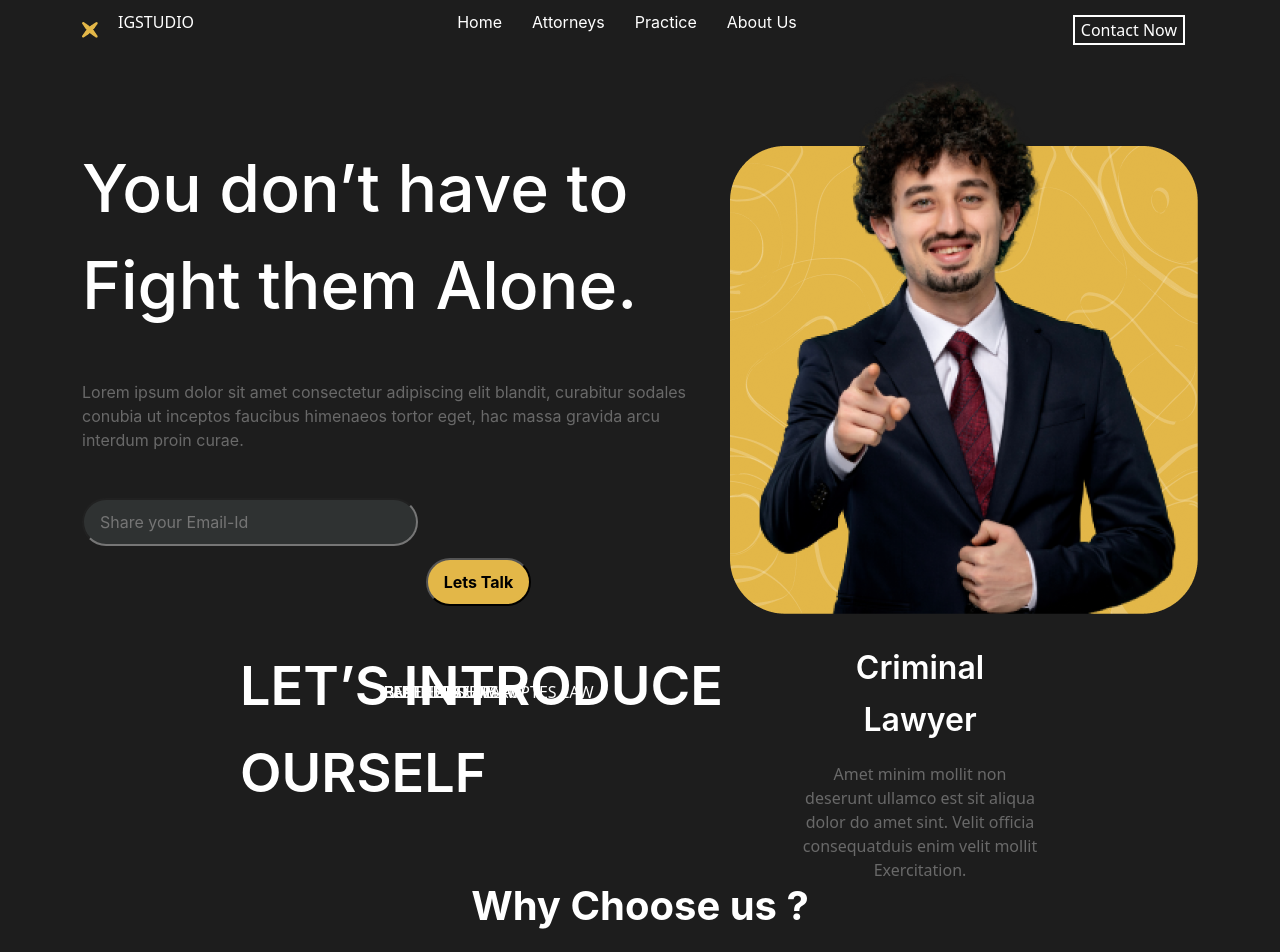
Repository: Senthil-Bala/LawFirm
Page: /
The author's editor kept a copy of each file at every save. The page is drawn from the files as they stood at one save, then again after the next save.
The browser window is 1280 px wide. The pictures show the part of the page from y = 0 to 952 px (the page is 4053 px tall before and 4035 px after).
The project was rebuilt for these pictures with package versions that can differ from the ones it lists, and the page was loaded fresh each time. Also part of the build but not shown: src/App.css, src/Components/Frequents/Accordionss.css, src/Components/Frequents/Accordionss.jsx.

Above is the page before, as saved 2023-11-29 19:13:22.

After the next save:
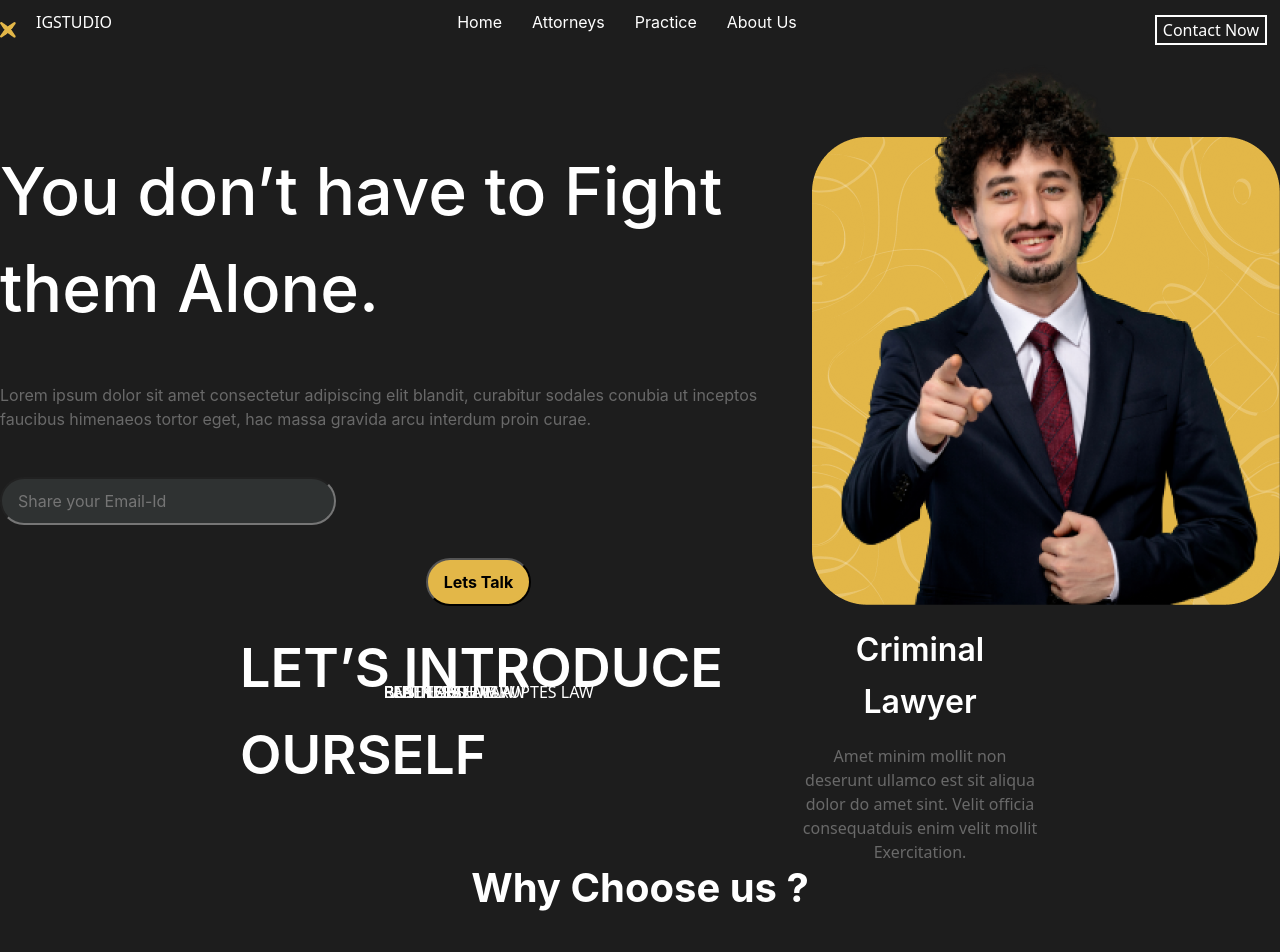
Saved 57 s later.
--- a/src/App.js
+++ b/src/App.js
@@ -13,7 +13,7 @@
 
 function App() {
   return (
-    <div className="container">
+    <div className="containe">
       <Navbar/>
       <HeroSection/>
       <Main/>

After the save that followed:
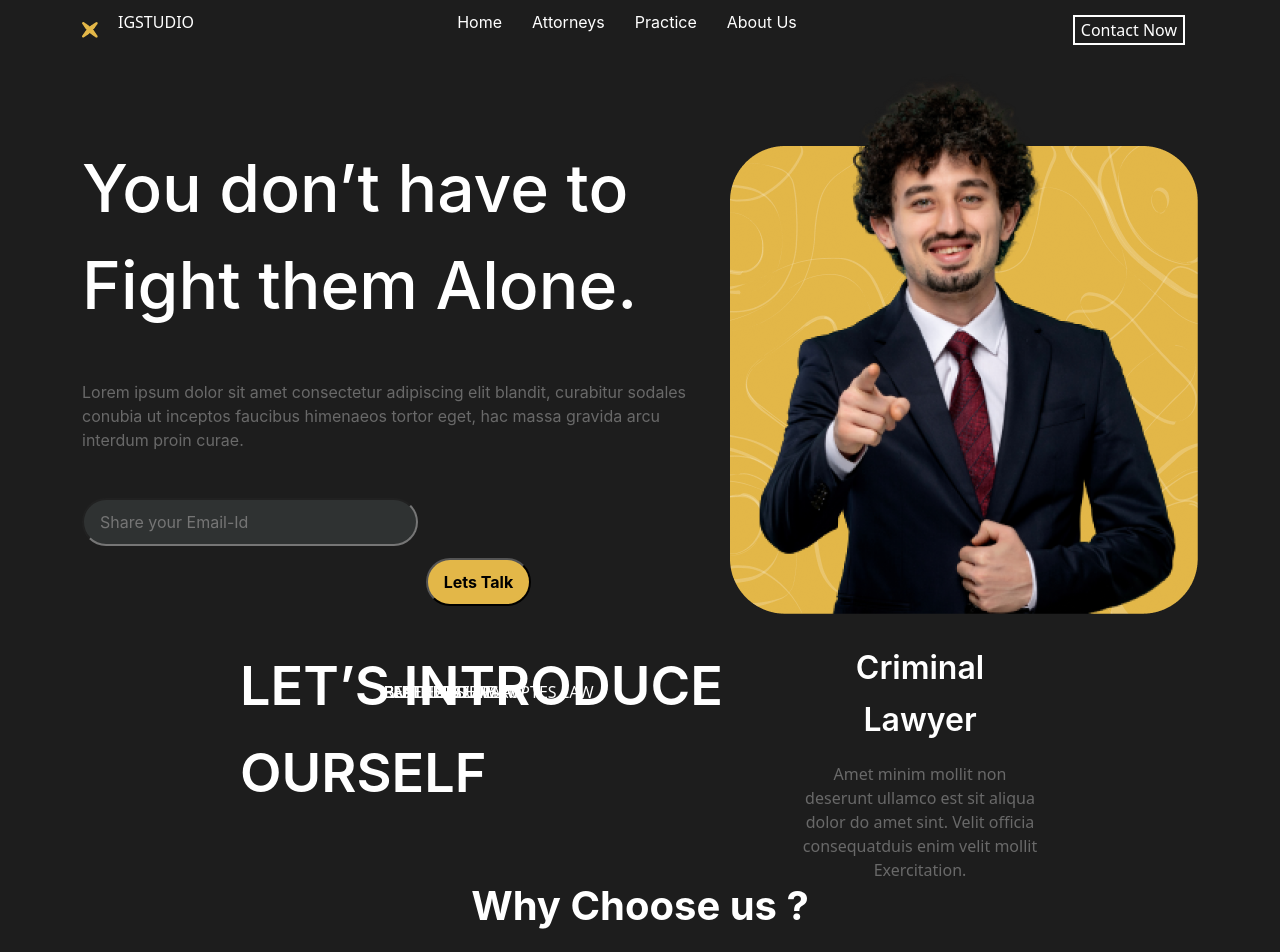
Saved 17 s later.
--- a/src/App.js
+++ b/src/App.js
@@ -13,7 +13,7 @@
 
 function App() {
   return (
-    <div className="containe">
+    <div className="container">
       <Navbar/>
       <HeroSection/>
       <Main/>
